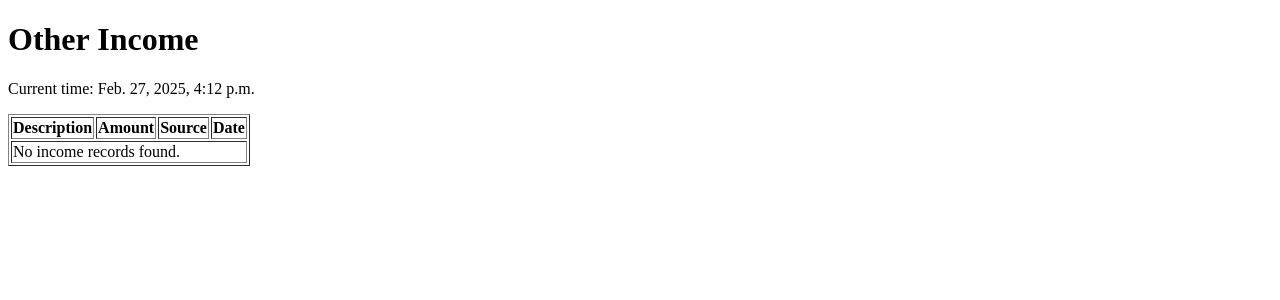
Repository: Jijiluzana225/lugawan_pitlane
Page: http://localhost/other-income/
These files come from the project's save history. The page is drawn as it stood at one moment and after the next save; the edit follows.
The browser window is 1280 px wide. The pictures show the whole page.
The page is served by the project's application, run on Django 5.2 (manage.py). Queries for data that is not in the repository find no rows.

Above is the page before, as saved 2025-03-07 08:51:24.

After the next save:
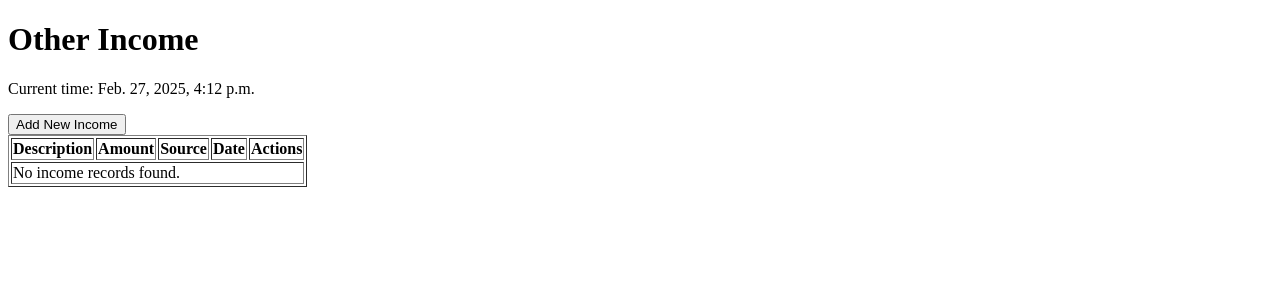
Saved 36 s later.
--- a/pos/templates/pos/other_income.html
+++ b/pos/templates/pos/other_income.html
@@ -6,6 +6,12 @@
 <body>
     <h1>Other Income</h1>
     <p>Current time: {{ current_time }}</p>
+
+    <!-- Button to Add New Income -->
+    <a href="{% url 'add_other_income' %}">
+        <button>Add New Income</button>
+    </a>
+
     <table border="1">
         <thead>
             <tr>
@@ -13,6 +19,7 @@
                 <th>Amount</th>
                 <th>Source</th>
                 <th>Date</th>
+                <th>Actions</th>
             </tr>
         </thead>
         <tbody>
@@ -22,10 +29,20 @@
                 <td>₱{{ income.amount }}</td>
                 <td>{{ income.source|default:"N/A" }}</td>
                 <td>{{ income.datetimestamp|date:"Y-m-d H:i:s" }}</td>
+                <td>
+                    <a href="{% url 'edit_other_income' income.id %}">
+                        <button>Edit</button>
+                    </a>
+
+                    <form action="{% url 'delete_other_income' income.id %}" method="post" style="display:inline;">
+                        {% csrf_token %}
+                        <button type="submit" onclick="return confirm('Are you sure you want to delete this income record?')">Delete</button>
+                    </form>
+                </td>
             </tr>
             {% empty %}
             <tr>
-                <td colspan="4">No income records found.</td>
+                <td colspan="5">No income records found.</td>
             </tr>
             {% endfor %}
         </tbody>
